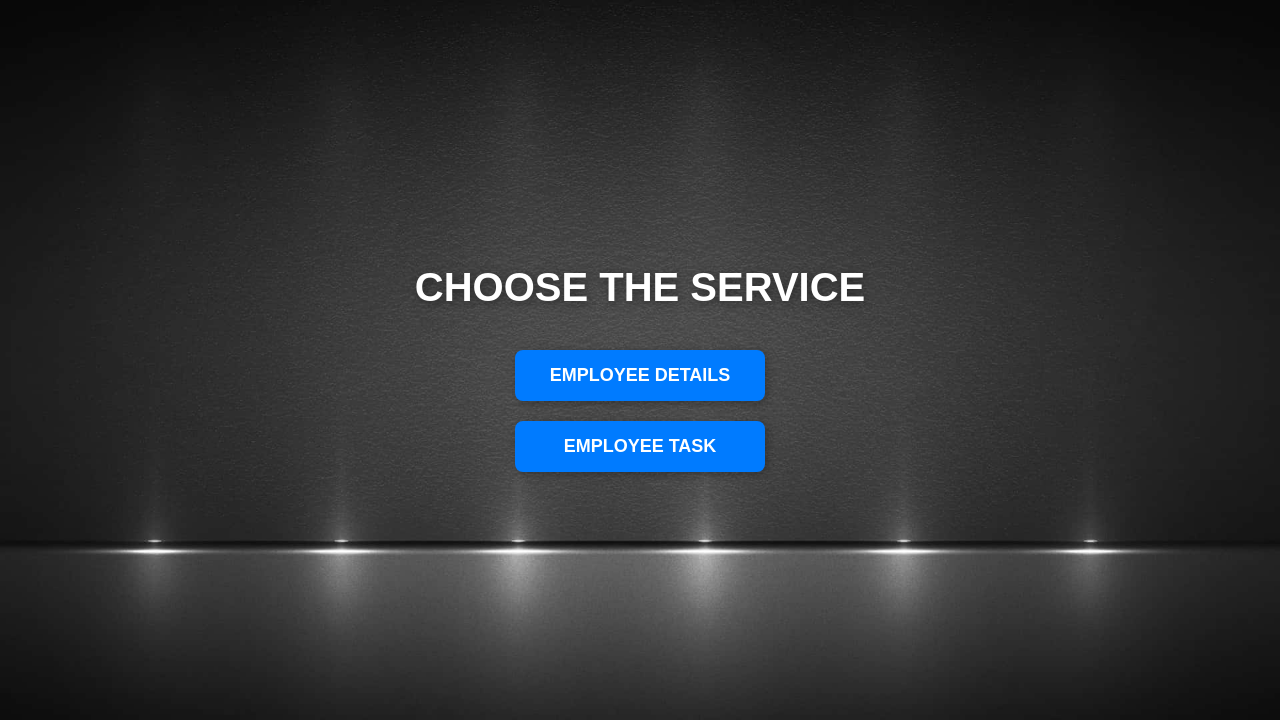
Repository: siva-shankar-2004/EmployeeManagementSystem
Page: src/main/resources/static/choice.html
These files come from the project's save history. The page is drawn as it stood at one moment and after the next save; the edit follows.
The browser window is 1280 px wide. The pictures show the whole page.

Above is the page before, as saved 2025-04-04 21:48:15.

### src/main/resources/static/choice.html
<!DOCTYPE html>
<html lang="en">
<head>
    <meta charset="UTF-8">
    <meta name="viewport" content="width=device-width, initial-scale=1.0">
    <title>Employee Management</title>
    <style>
        body {
            font-family: 'Arial', sans-serif;
            margin: 0;
            padding: 0;
            background: url("ogbackground.jpg") no-repeat center center fixed;
            background-size: cover;
            color: white;
            display: flex;
            flex-direction: column;
            align-items: center;
            justify-content: center;
            height: 100vh;
        }

        h1 {
            margin-bottom: 30px;
            font-size: 2.5em;
            text-shadow: 2px 2px 10px rgba(0, 0, 0, 0.4);
        }

        .employee-btn {
            width: 250px;
            padding: 15px;
            margin: 10px;
            font-size: 18px;
            text-align: center;
            font-weight: bold;
            background: #007bff;
            color: white;
            border: none;
            border-radius: 8px;
            cursor: pointer;
            transition: 0.3s;
            box-shadow: 2px 2px 10px rgba(0, 0, 0, 0.3);
        }

        .employee-btn:hover {
            background: #0056b3;
        }
    </style>
</head>

<body>

    <h1>CHOOSE THE SERVICE</h1>

    <!-- Navigation Buttons -->
    <button class="employee-btn" onclick="location.href='employeDetails.html'">EMPLOYEE DETAILS</button>
    <button class="employee-btn" onclick="location.href='employetask.html'">EMPLOYEE TASK</button>

</body>
</html>

After the next save:
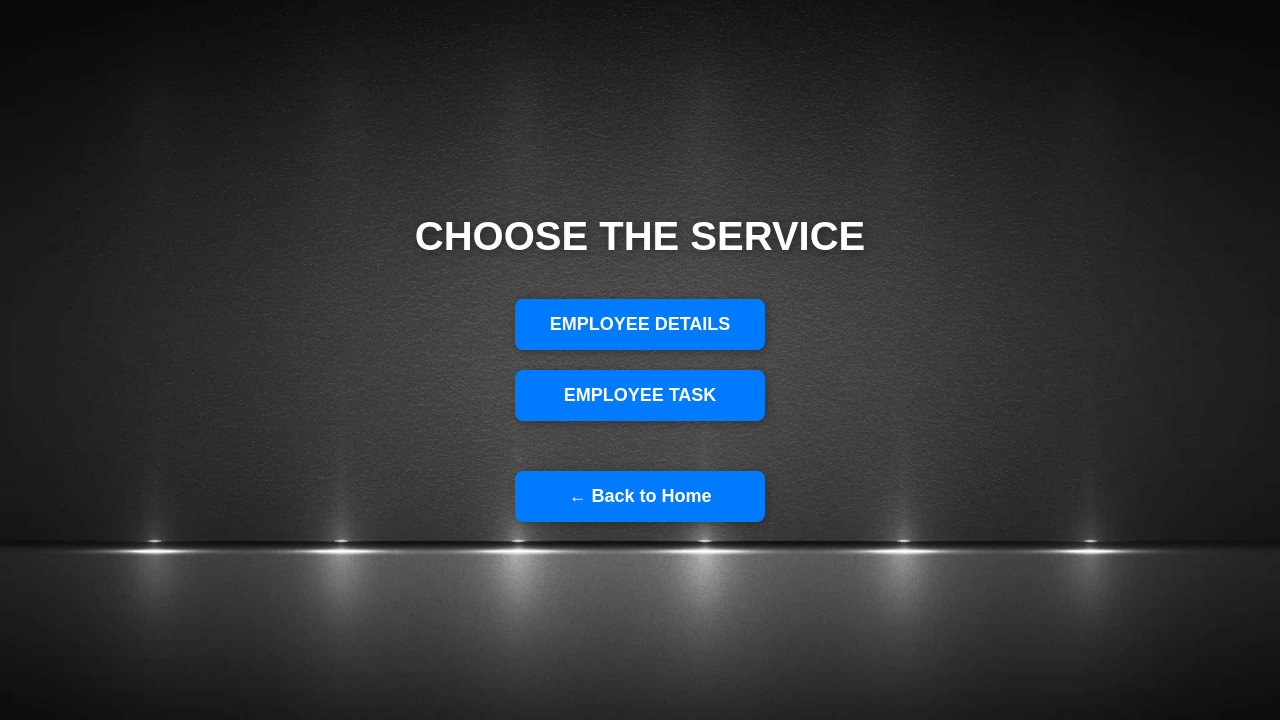
Saved 117 s later.
--- a/src/main/resources/static/choice.html
+++ b/src/main/resources/static/choice.html
@@ -54,6 +54,15 @@
     <!-- Navigation Buttons -->
     <button class="employee-btn" onclick="location.href='employeDetails.html'">EMPLOYEE DETAILS</button>
     <button class="employee-btn" onclick="location.href='employetask.html'">EMPLOYEE TASK</button>
+    <body>
+        <!-- Your existing content like table, form etc. -->
+
+        <!-- Back to Home button -->
+        <div style="margin-top: 30px;">
+            <button class="employee-btn" onclick="location.href='choice.html'">← Back to Home</button>
+        </div>
+    </body>
+
 
 </body>
 </html>
